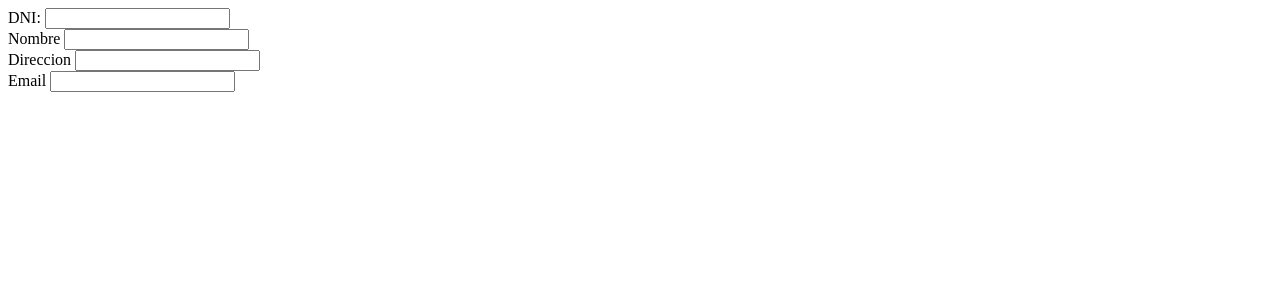
Repository: ProSoft-PDSI/sdsddo
Page: http://localhost/sdsr/Registro.jsp
An editor plug-in stored every save of this project. The page is shown before and after the next save, followed by the edit.
The browser window is 1280 px wide. The pictures show the whole page.
The page is served by Tomcat 9.

Above is the page before, as saved 2014-07-16 19:58:59.

After the next save:
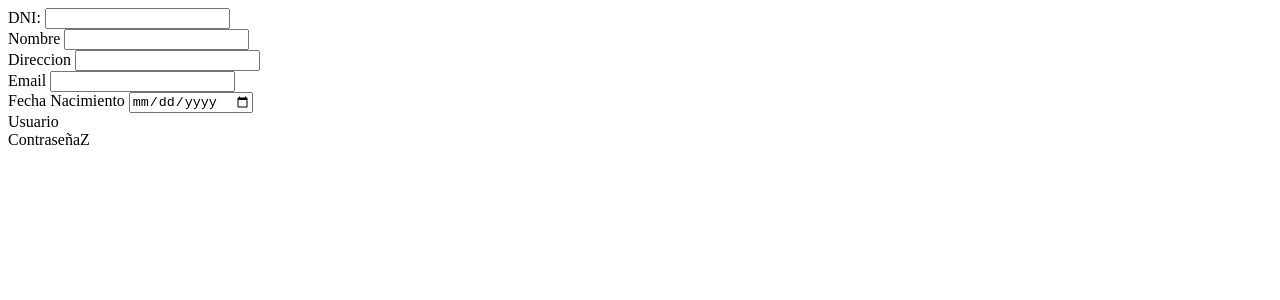
Saved 2 min 22 s later.
--- a/Web/sdsr/WebContent/Registro.jsp
+++ b/Web/sdsr/WebContent/Registro.jsp
@@ -5,21 +5,29 @@
 <!DOCTYPE html>
 <html>
 <head>
-<meta http-equiv="Content-Type" content="text/html; charset=ISO-8859-1">
+<meta charset="UTF-8">
 <title>Registro</title>
 </head>
 <body>
-	<label>DNI:</label>
-	<input type="text" name="dni" />
-	<br />
-	<label>Nombre</label>
-	<input type="text" name="nombre" />
-	<br />
-	<label>Direccion</label>
-	<input type="text" name="nombre" />
-	<br />
-	<label>Email</label>
-	<input type="email" name="correo" />
-
+	<form type="post" action="/Registro">
+		<label>DNI:</label>
+		<input type="text" name="dni" />
+		<br />
+		<label>Nombre</label>
+		<input type="text" name="nombre" />
+		<br />
+		<label>Direccion</label>
+		<input type="text" name="nombre" />
+		<br />
+		<label>Email</label>
+		<input type="email" name="correo" />
+		<br />
+		<label>Fecha Nacimiento</label>
+		<input type="date" name="fecnac" />
+		<br />
+		<label>Usuario</label>
+		<br />
+		<label>ContraseñaZ</label>
+	</form>
 </body>
 </html>
